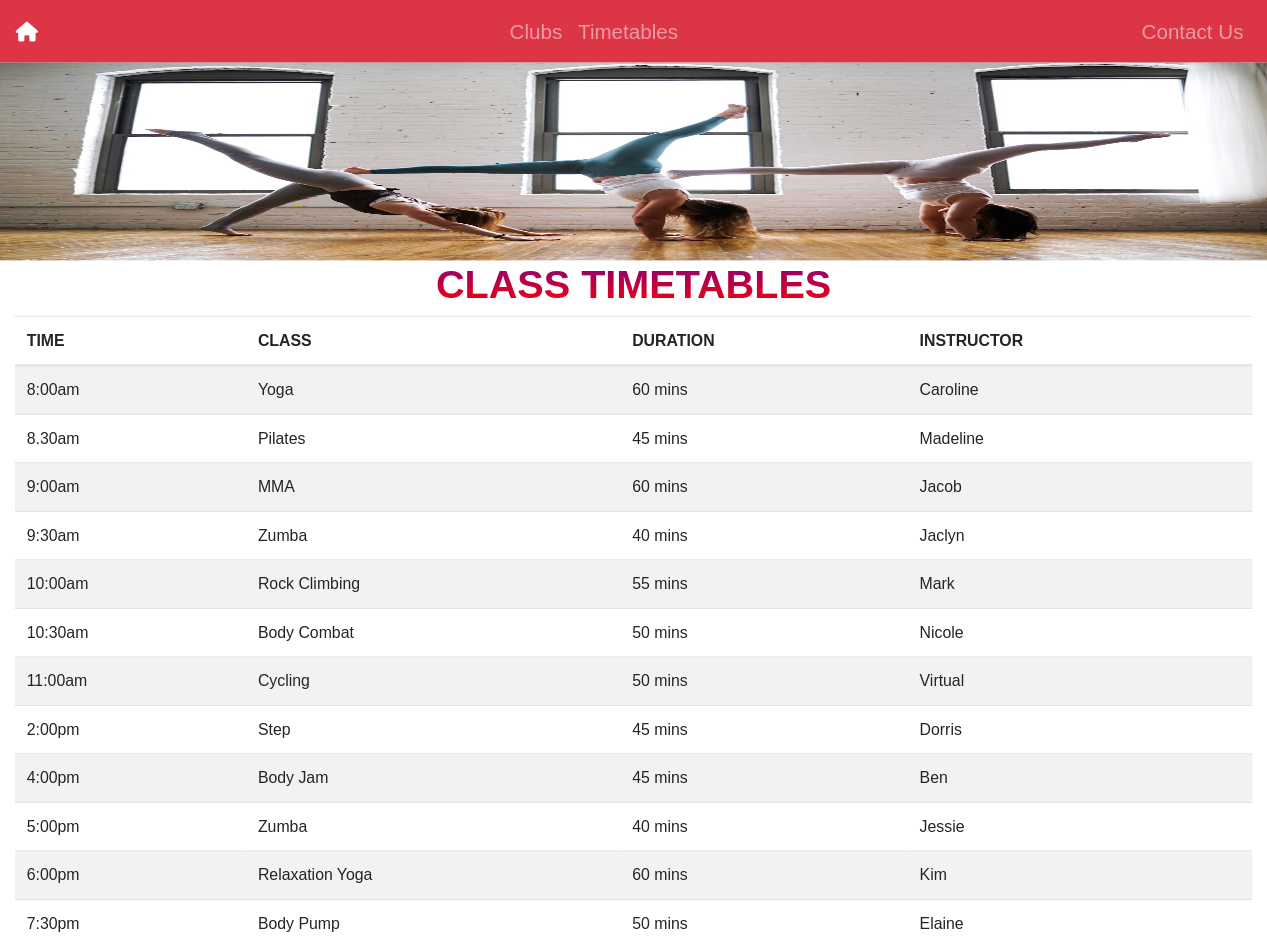
Repository: KJY93/User_Centric_Frontend_Development_Project
Page: timetables.html
The author's editor kept a record of every edit. The page is drawn from the files as they stood at one moment, then again after the next edit.
The browser window is 1280 px wide. The pictures show the whole page, at 99% of full size.
Some web fonts or font styles are not loaded; a fallback is used. Some web libraries are served in a nearby version.

Above is the page before.

### timetables.html
<!DOCTYPE html>
<html lang="en-US">
	<head>
	    <meta charset="UTF-8">
	    <meta name="viewport" content="width=device-width, initial-scale=1.0">
	    <meta http-equiv="X-UA-Compatible" content="ie=edge">
	    <title>Shape Shifters | Our Clubs</title>

		<!-- Google Fonts -->
	    <link href="https://fonts.googleapis.com/css?family=Cute+Font&display=swap" rel="stylesheet">

	    <!-- Logo -->
	    <link rel="icon" href="static/fitness-logo.ico">

	    <!-- Bootstrap CSS -->
	    <link rel="stylesheet" href="https://stackpath.bootstrapcdn.com/bootstrap/4.3.1/css/bootstrap.min.css" integrity="sha384-ggOyR0iXCbMQv3Xipma34MD+dH/1fQ784/j6cY/iJTQUOhcWr7x9JvoRxT2MZw1T" crossorigin="anonymous">

	    <!-- External CSS StyleSheet -->
		<link rel="stylesheet" type="text/css" href="static/styles.css">

		<!-- Bootstrap JS -->
	    <script src="https://code.jquery.com/jquery-3.3.1.slim.min.js" integrity="sha384-q8i/X+965DzO0rT7abK41JStQIAqVgRVzpbzo5smXKp4YfRvH+8abtTE1Pi6jizo" crossorigin="anonymous"></script>
	    <script src="https://cdnjs.cloudflare.com/ajax/libs/popper.js/1.14.7/umd/popper.min.js" integrity="sha384-UO2eT0CpHqdSJQ6hJty5KVphtPhzWj9WO1clHTMGa3JDZwrnQq4sF86dIHNDz0W1" crossorigin="anonymous"></script>
	    <script src="https://stackpath.bootstrapcdn.com/bootstrap/4.3.1/js/bootstrap.min.js" integrity="sha384-JjSmVgyd0p3pXB1rRibZUAYoIIy6OrQ6VrjIEaFf/nJGzIxFDsf4x0xIM+B07jRM" crossorigin="anonymous"></script>

	    <!-- Font Awesome -->
	    <script src="https://kit.fontawesome.com/3df94da5fe.js"></script>
	</head>

	<body>
	    <main>
	        <!-- Navbar -->
			<nav class="navbar navbar-expand-md navbar-dark bg-danger">
			  	<a class="navbar-brand" href="#"><i class="fas fa-home"></i></a>
			  	<button class="navbar-toggler" type="button" data-toggle="collapse" data-target="#navbarNav">
			    <span class="navbar-toggler-icon"></span>
			  	</button>
			  	<div class="collapse navbar-collapse" id="navbarNav">
			    	<ul class="navbar-nav ml-auto">
			      		<li class="nav-item">
			        		<a class="nav-link" href="#">Clubs</a>
			      		</li>
			      		<li class="nav-item">
			        		<a class="nav-link" href="#">Timetables</a>
			      		</li>
			    	</ul>

			    	<ul class="navbar-nav ml-auto">
			      		<li class="nav-item">
			        		<a class="nav-link" href="#">Contact Us</a>
			      		</li>
			    	</ul>
			  	</div>
			</nav>

			<!-- Timetables background -->
			<div id="timetables-header-background"></div>

			<!-- Class Timetables Header-->
			<div>
				<h1 class="club-header"><strong>CLASS TIMETABLES</strong></h1>
			</div>

			<!-- Timetables -->
			<div class="container-fluid">
                <table class="table table-striped">
                    <thead>
                        <tr>
                            <th scope="col">TIME</th>
                            <th scope="col">CLASS</th>
                            <th scope="col">DURATION</th>
                            <th scope="col">INSTRUCTOR</th>
                        </tr>
                    </thead>
                    <tbody>
                        <tr>
                            <td>8:00am</td>
                            <td>Yoga</td>
                            <td>60 mins</td>
                            <td>Caroline</td>
                        </tr>
                        <tr>
                            <td>8.30am</td>
                            <td>Pilates</td>
                            <td>45 mins</td>
                            <td>Madeline</td>
                        </tr>
                        <tr>
                            <td>9:00am</td>
                            <td>MMA</td>
                            <td>60 mins</td>
                            <td>Jacob</td>
                        </tr>
                        <tr>
                            <td>9:30am</td>
                            <td>Zumba</td>
                            <td>40 mins</td>
                            <td>Jaclyn</td>
                        </tr>
                        <tr>
                            <td>10:00am</td>
                            <td>Rock Climbing</td>
                            <td>55 mins</td>
                            <td>Mark</td>
                        </tr>
                        <tr>
                            <td>10:30am</td>
                            <td>Body Combat</td>
                            <td>50 mins</td>
                            <td>Nicole</td>
                        </tr>
                        <tr>
                            <td>11:00am</td>
                            <td>Cycling</td>
                            <td>50 mins</td>
                            <td>Virtual</td>
                        </tr>
                        <tr>
                            <td>2:00pm</td>
                            <td>Step</td>
                            <td>45 mins</td>
                            <td>Dorris</td>
                        </tr>
                        <tr>
                            <td>4:00pm</td>
                            <td>Body Jam</td>
                            <td>45 mins</td>
                            <td>Ben</td>
                        </tr>
                        <tr>
                            <td>5:00pm</td>
                            <td>Zumba</td>
                            <td>40 mins</td>
                            <td>Jessie</td>
                        </tr>
                        <tr>
                            <td>6:00pm</td>
                            <td>Relaxation Yoga</td>
                            <td>60 mins</td>
                            <td>Kim</td>
                        </tr>
                        <tr>
                            <td>7:30pm</td>
                            <td>Body Pump</td>
                            <td>50 mins</td>
                            <td>Elaine</td>
                        </tr>
                    </tbody>
                </table>
            </div>

	    </main>
	</body>
</html>

### static/styles.css
body, html {
	height: 100%;
}

body {
	font-family: 'Cute Font', cursive, sans-serif;
}

input[type="email"] {
  background: transparent;
  border: none;
  border-bottom: 1px solid #a9a9a9;
  box-shadow: none;
  border-radius: 0;
}

.iframe-video-size {
	width: 300px;
	height: 320px;
}

.social-media-logo {
	margin-right: 5px;
}

.separator {
	margin-bottom: 10px;
	height: 2px;
	width: 30px;
	background: rgb(255, 0, 0);
	z-index: 1;
}

.row {
	margin-left: 0;
	margin-right: 0;
}

#advert > h1 {
	color: #ffffff;
}

#signup-link {
	color: #ffffff;
}

input[type="email"] {
 	font-size: 1em;
}

.col-sm-12, .col-md-6, .nav-link, #signup-link {
	font-size: 1.3em;
}

.link-deco:link {
	text-decoration: none;
}

.link-deco:hover {
	font-size:120%;
}

.link-font-color, button > .link-deco:hover {
	color: #ffffff;
}

.box2, .box3 {
	background: rgba(255,117,117,0.1);
}

.button-container, p, .challenge-container, #signup-container, .box3, .box2 {
	text-align: center;
}

#divider {
	width: 100%;
	border: 1px solid black;
}

footer {
	padding-top: 35px;
	padding-bottom: 35px;
	background: rgba(0, 0, 0);
	color: #ffffff;
}

.box1 {
	background:url('../static/background-mobile.jpg');
	background-repeat: no-repeat;
	background-size: 100% 100%;
	height: 400px;
	display: flex;
	align-items: center;
	justify-content: center;
}

/*https://codepen.io/adamjohnson/pen/aokGt*/
/* Skew button design adapted from the above codepen project*/
.submit-btn {
	color: #fff;
	background: #ff0000;
	font-weight: 700;
	text-align: center;
	text-decoration: none;
	border: 0;
	outline: 0;
	font-size: 1.2rem;
	padding: 12px 35px;
	display: inline-block;
	transform: skew(-21deg);
	border-radius: 0;
}

.input-field-container {
	display: flex;
	flex-direction: row;
}

.submit-btn:hover {
	background: #0069a8;
}

span {
	display: inline-block; /* change to inline-block so that the text can be un-skewed*/
}

.submit-btn > span {
	-webkit-transform: skew(21deg);  /* Un-skew the text */
}

.btn-group {
	padding-left: 15px;
}

.flag-logo {
	padding-right: 10px;
}

#club-header-background {
	background:url('../static/bodycombat.jpg');
	background-repeat: no-repeat;
	background-size: 100% 100%;
	height: 200px;
}

.club-header {
	text-align: center;
	background: linear-gradient(to top, #ff0000 , #800080);
	-webkit-background-clip: text;
	-webkit-text-fill-color: transparent;
	font-size: 2.5em;
}

.location {
	display: flex;
	flex-direction: column;
	justify-content: center;
	align-items: center;
	color: #ffffff;
	margin-bottom: 20px;
}

.location:link {
	text-decoration: none;
}

.location:hover {
	opacity: 0.8;
}

.location:hover .location-name, .location:hover .club-info {
	background: linear-gradient(to top, #ff0000 , #ff9800);
	-webkit-background-clip: text;
	-webkit-text-fill-color: transparent;
}

.location-name {
	font-size: 2.3em;
}

.club-info {
	font-size: 1.2em;
	border: 1px solid #ffffff;
	padding-left: 20px;
	padding-right: 20px;
	border-radius: 20px;
}

#location-image-1 {
	background:url('../static/paragon.jpg');
    background-size: 100% 100%;
    background-repeat: no-repeat;
    background-position: center;
	border-radius: 10px;
	height: 250px;
}

#location-image-2 {
	background:url('../static/clarke-quay.jpg');
    background-size: 100% 100%;
    background-repeat: no-repeat;
    background-position: center;
	border-radius: 10px;
	height: 250px;
}

#location-image-3 {
	background:url('../static/tanjongpagar.jpg');
    background-size: 100% 100%;
    background-repeat: no-repeat;
    background-position: center;
	border-radius: 10px;
	height: 250px;
}

#location-image-4 {
	background:url('../static/vivocity.jpg');
    background-size: 100% 100%;
    background-repeat: no-repeat;
    background-position: center;
	border-radius: 10px;
	height: 250px;
}

#location-image-5 {
	background:url('../static/rafflesplace.jpg');
    background-size: 100% 100%;
    background-repeat: no-repeat;
    background-position: center;
	border-radius: 10px;
	height: 250px;
}

#location-image-6 {
	background:url('../static/rafflesmall.jpg');
    background-size: 100% 100%;
    background-repeat: no-repeat;
    background-position: center;
	border-radius: 10px;
	height: 250px;
}

#timetables-header-background {
	background:url('../static/groupyoga.jpg');
	background-repeat: no-repeat;
	background-size: 100% 100%;
	height: 200px;
}

/* for extra small device */
@media (max-width: 400px) {
	.iframe-video-size {
	width: 260px;
	height: 320px;
	}

	#club-header-background {
		height: 160px;
	}

	.club-header {
		font-size: 2.0em;
	}

	.location-name {
		font-size: 2.0em;
	}

	.club-info {
		font-size: 1.0em;
	}
}

/* for medium screen device */
@media (min-width: 768px) and (max-width: 991.98px) {
	.box1 {
		background:url('../static/background.jpg');
		background-repeat: no-repeat;
		height: 550px;
		background-size: 100% 100%;
	}

	.box2 {
		text-align: center;
	}

	.btn-group {
		padding-left: 0;
	}

	.iframe-video-size {
		width: 340px;
		height: 320px;
	}

}

/* for large screen device */
@media (min-width: 992px) {
	.box1 {
		background:url('../static/background.jpg');
		background-repeat: no-repeat;
		height: 600px;
		background-size: 100% 100%;
	}

	.btn-group {
		padding-left: 0;
	}

	.submit-btn {
		padding: 3px 35px;
	}

	.iframe-video-size {
		width: 470px;
		height: 320px;
	}

	#club-header-background {
		height: 376px;
	}

}

After the next edit:
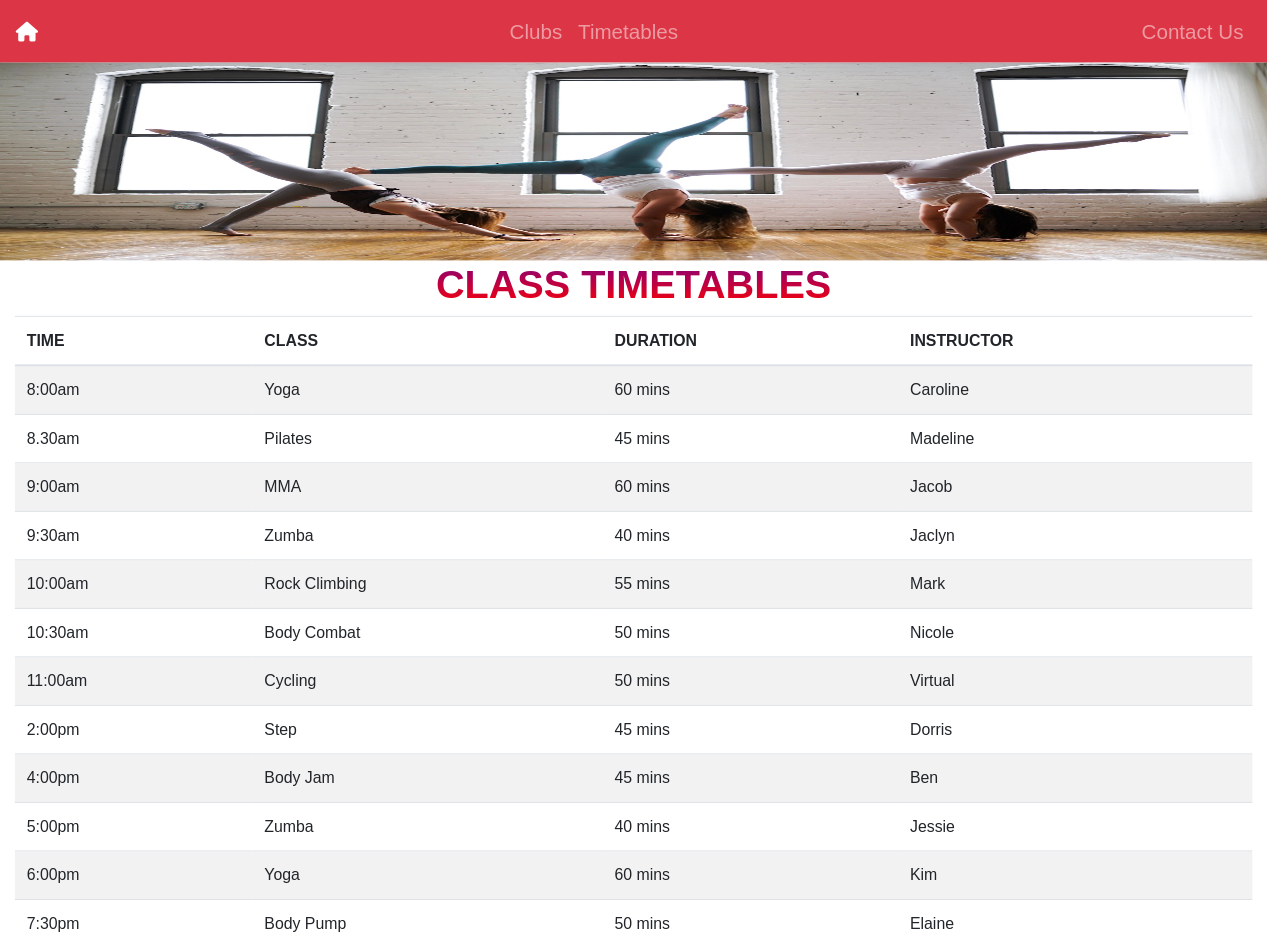
The edit:
--- a/timetables.html
+++ b/timetables.html
@@ -135,7 +135,7 @@
                         </tr>
                         <tr>
                             <td>6:00pm</td>
-                            <td>Relaxation Yoga</td>
+                            <td>Yoga</td>
                             <td>60 mins</td>
                             <td>Kim</td>
                         </tr>
